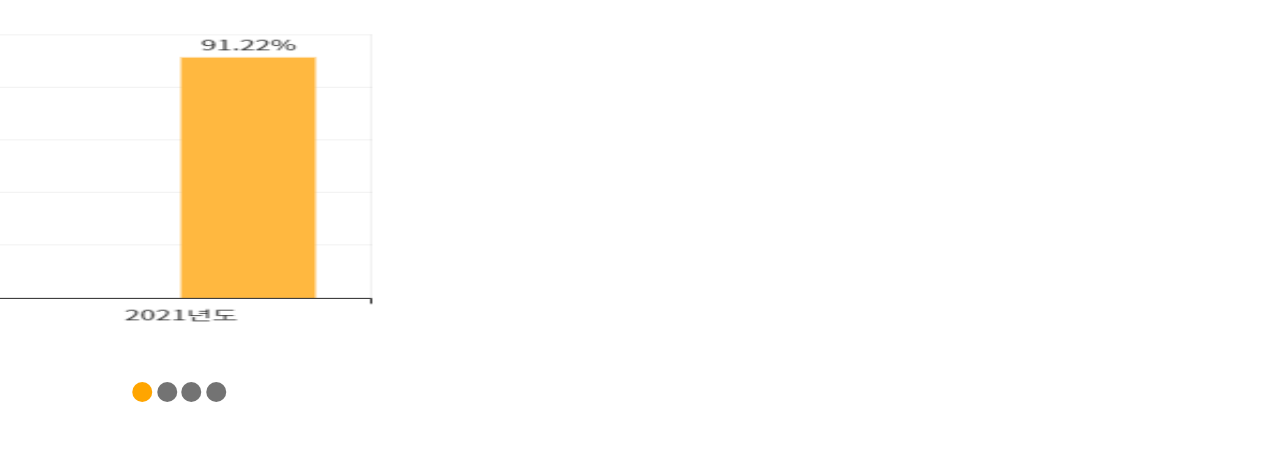
Repository: JavaJin96/kr.or.ddit.HighJava
Page: http://localhost/TeamProjectDCUM/work_psj/iframe_psj/getwork.jsp
An editor plug-in stored every save of this project. The page is shown before and after the next save, followed by the edit.
The browser window is 1280 px wide. The pictures show the whole page.
The page is served by Tomcat 9.

Above is the page before, as saved 2022-02-16 01:12:08.

After the next save:
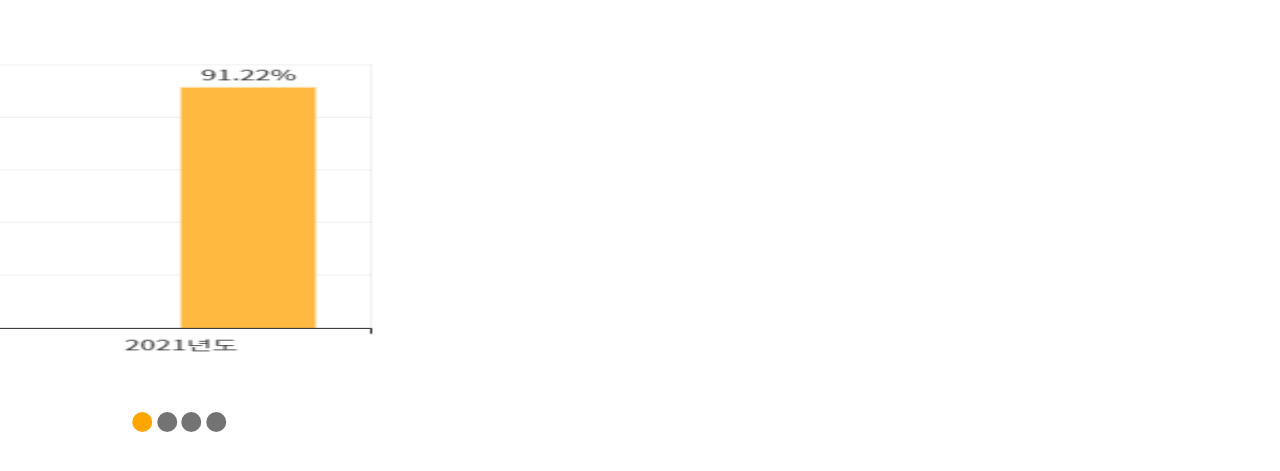
Saved 7 s later.
--- a/3.Highjava/workspace/TeamProjectDCUM/WebContent/work_psj/iframe_psj/getwork.jsp
+++ b/3.Highjava/workspace/TeamProjectDCUM/WebContent/work_psj/iframe_psj/getwork.jsp
@@ -13,7 +13,7 @@
 <style>
 /*---------------------- 슬라이드 ----------------------------*/
 .slider{
-	margin-top : 30px;
+	margin-top : 60px;
     width: 640px;
     height: 400px;
     position: relative;
